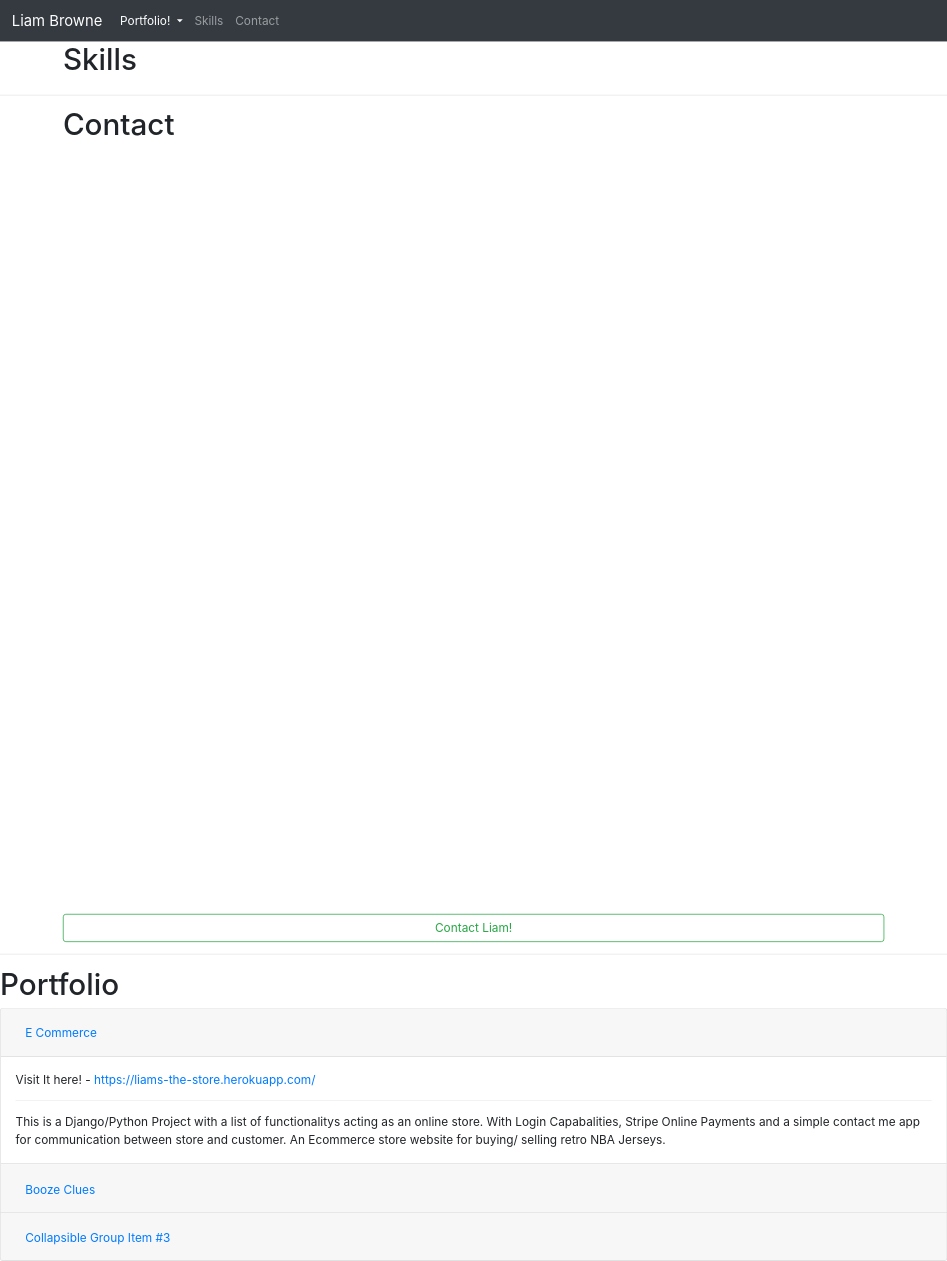
Repository: LiamB123/LiamBrowne.com.github.io
Page: index.html
The author's editor kept a record of every edit. The page is drawn from the files as they stood at one moment, then again after the next edit.
The browser window is 1280 px wide. The pictures show the whole page, at 74% of full size.

Above is the page before.

After the next edit:
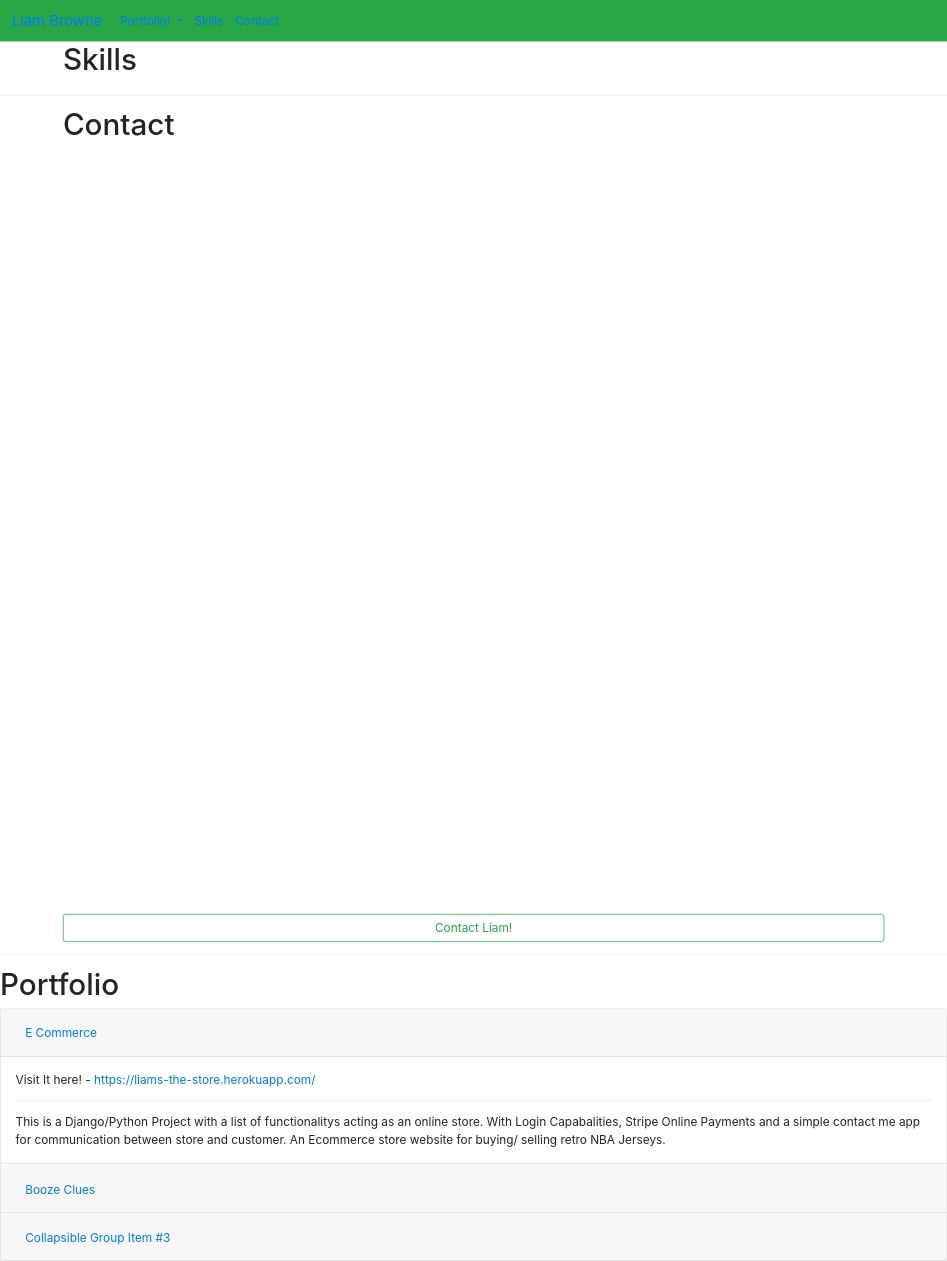
The edit:
--- a/index.html
+++ b/index.html
@@ -25,7 +25,7 @@
 <body>
 
 
-  <nav class="navbar navbar-expand-lg navbar-dark bg-dark">
+  <nav class="navbar navbar-expand-lg navbar-success bg-success">
     <a class="navbar-brand" href="#">Liam Browne </a>
     <button class="navbar-toggler" type="button" data-toggle="collapse" data-target="#navbarSupportedContent" aria-controls="navbarSupportedContent" aria-expanded="false" aria-label="Toggle navigation">
     <span class="navbar-toggler-icon"></span>
